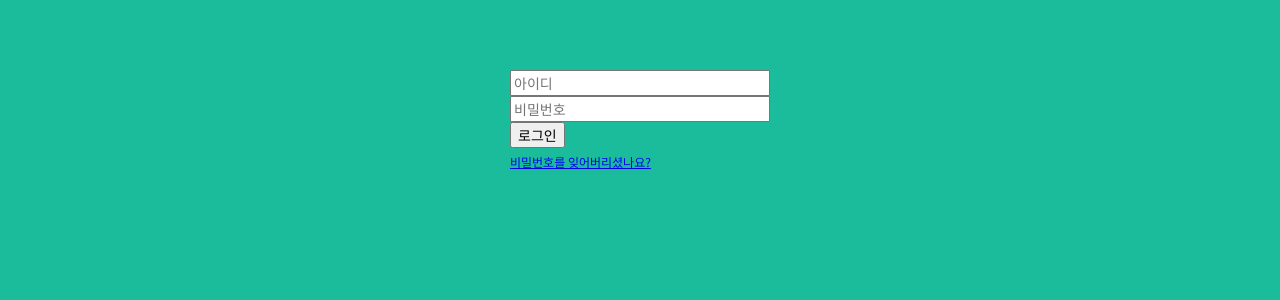
Repository: yesaroun/SS-final-project
Page: http://localhost/codeit-html/login-userlogin.jsp
An editor plug-in stored every save of this project. The page is shown before and after the next save, followed by the edit.
The browser window is 1280 px wide. The pictures show the whole page.
The page is served by Tomcat 9.

Above is the page before, as saved 2022-05-26 13:04:00.

After the next save:
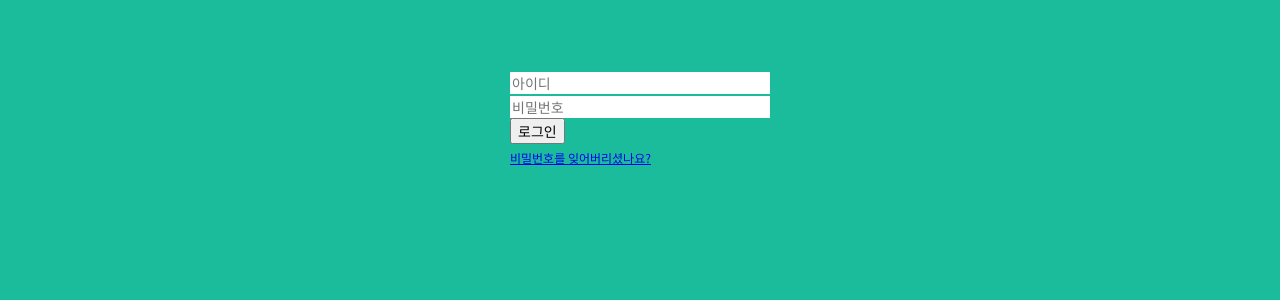
Saved 24 min 56 s later.
--- a/codeit-html/WebContent/css/userlogin.css
+++ b/codeit-html/WebContent/css/userlogin.css
@@ -26,6 +26,7 @@ body
 {
   font-size: 14px;
   width: 100%;
+  border: none;
 }
 
 .submit-btn {
